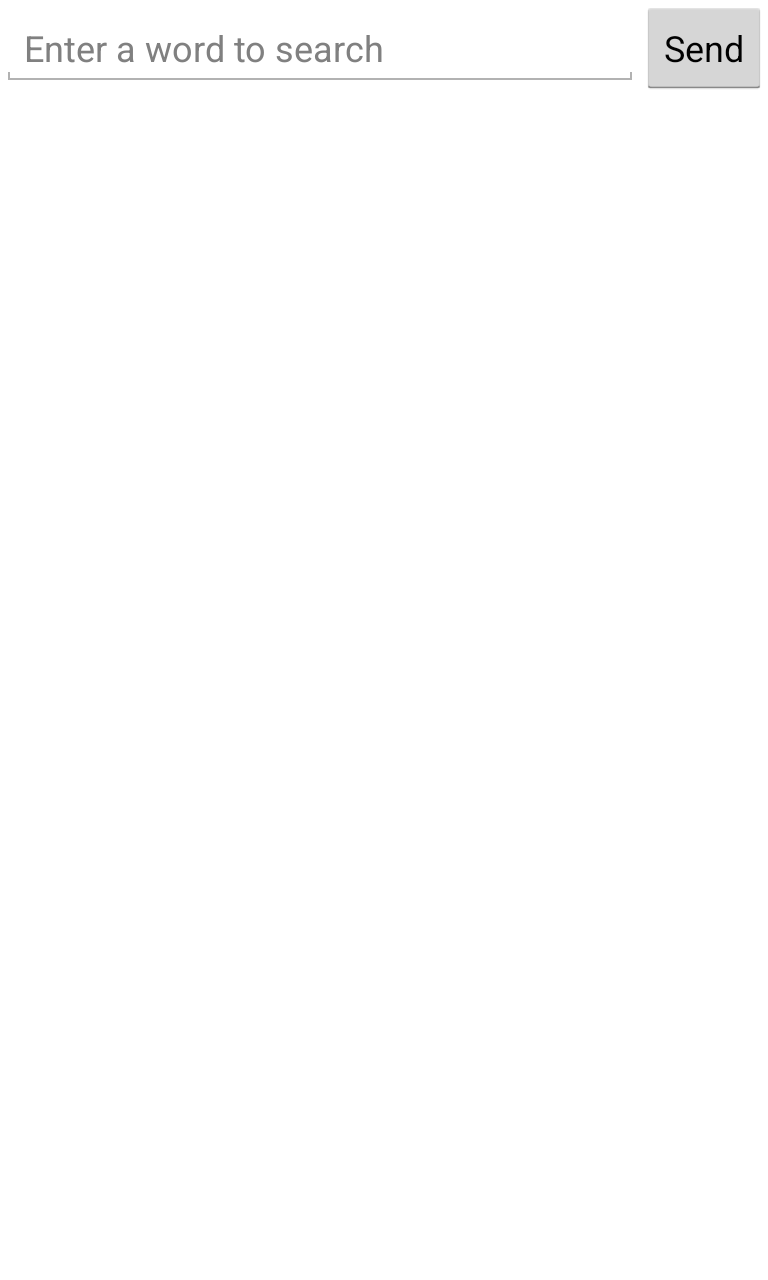
Repository: jasonzhao3/WordHunter
Layout: WordHunter/res/layout/activity_main.xml
The author's editor kept a copy of each file at every save. The layout is drawn from the files as they stood at one save, then again after the next save.
It is drawn on a 768 x 1280 px phone screen (xhdpi) without system bars, with theme AppTheme; the app's code is not run.

Above is the layout before, as saved 2013-05-04 03:10:16.

### WordHunter/res/layout/activity_main.xml
<?xml version="1.0" encoding="utf-8"?>
<LinearLayout xmlns:android="http://schemas.android.com/apk/res/android"
    xmlns:tools="http://schemas.android.com/tools"
    android:layout_width="match_parent"
    android:layout_height="match_parent"
    android:orientation="horizontal">
    <EditText android:id="@+id/edit_message"
        android:layout_weight="1"
        android:layout_width="0dp"
        android:layout_height="wrap_content"
        android:hint="@string/edit_message" />
    <Button
        android:layout_width="wrap_content"
        android:layout_height="wrap_content"
        android:text="@string/button_send"
        android:onClick="searchWord" />
</LinearLayout>

### WordHunter/res/values/strings.xml
<?xml version="1.0" encoding="utf-8"?>
<resources>
    <string name="app_name">Word Hunter</string>
    <string name="edit_message">Enter a word to search</string>
    <string name="button_send">Send</string>
    <string name="action_settings">Settings</string>
    <string name="title_activity_main">MainActivity</string>
</resources>

Loaded but not shown: WordHunter/res/values/styles.xml (common file); WordHunter/res/values-v11/styles.xml (common file); WordHunter/res/values-v14/styles.xml (common file)

After the next save:
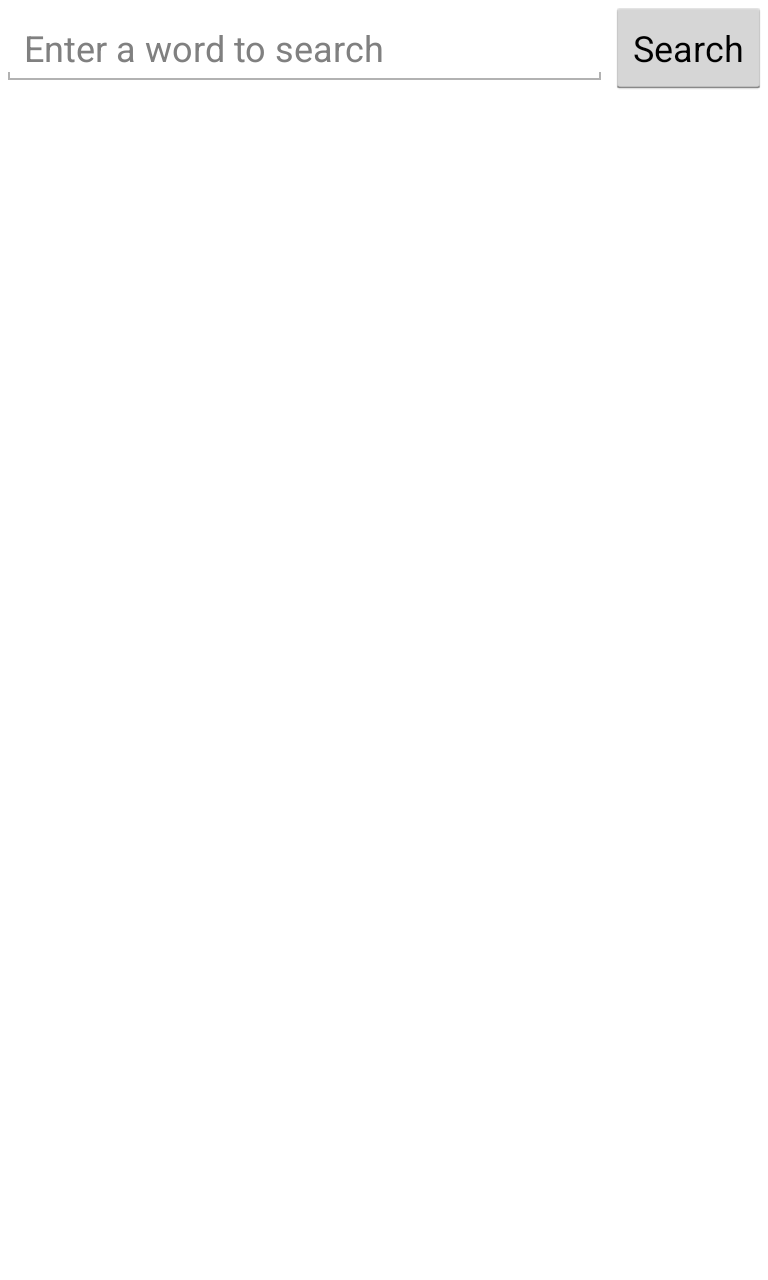
Saved 4 s later.
--- a/WordHunter/res/values/strings.xml
+++ b/WordHunter/res/values/strings.xml
@@ -2,7 +2,7 @@
 <resources>
     <string name="app_name">Word Hunter</string>
     <string name="edit_message">Enter a word to search</string>
-    <string name="button_send">Send</string>
+    <string name="button_send">Search</string>
     <string name="action_settings">Settings</string>
     <string name="title_activity_main">MainActivity</string>
 </resources>
